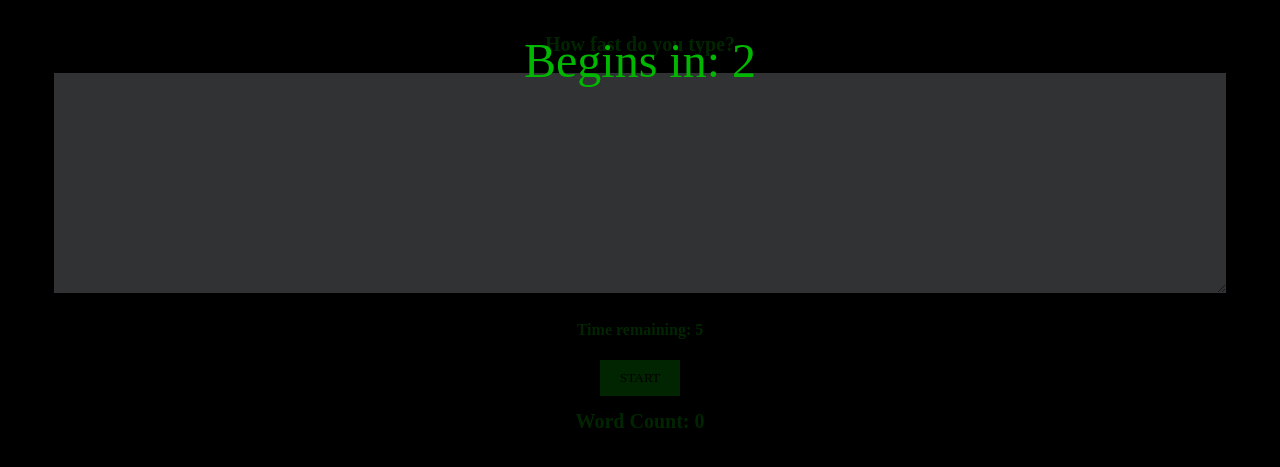
Repository: Lakshyyaa/Speed-Test
Page: /, after clicking the first element matching `button`
The author's editor kept a copy of each file at every save. The page is drawn from the files as they stood at one save, then again after a run of saves.
The browser window is 1280 px wide. The pictures show the whole page.
The page's requests for data from a server got no answer. The project was rebuilt for these pictures with package versions that can differ from the ones it lists, and the page was loaded fresh each time. No one was signed in, and anything a server would have sent is missing. Also part of the build but not shown: src/Logic.js.

Above is the page before, as saved 2023-04-05 15:45:56.

### src/index.js
import React from 'react';
import ReactDOM from 'react-dom/client';
import App from './App';
import reportWebVitals from './reportWebVitals';
import styles from './styles.css'
const root = ReactDOM.createRoot(document.getElementById('root'));
root.render(
  //<React.StrictMode>
    <App />
  //</React.StrictMode>
);
reportWebVitals();

### src/App.js
// correct its css for speed tester
import React, { useState, useEffect, useRef, useContext } from "react";
import Logic from "./Logic";
function App(props) {
  const { handleChange, text, start, areaRef, time, handleStart, count } = Logic()
  const [timerText, setTimerText] = useState(5)
  const [words, setWords]=useState([])
  const countdowndiv = useRef(null)
  const maindiv = useRef(null)
  const countdown = () => {
    countdowndiv.current.style.display = 'block'
    maindiv.current.style.opacity = '0.2'
    timerLoop(5)
  }
  useEffect(() => {
    fetch('https://random-word-api.herokuapp.com/word?number=10')
      .then(x => x.json())
      .then(y => console.log(y))
  },[words])
  function timerLoop(i) {
    if (i > 0) {
      setTimerText(i)
      setTimeout(() => {
        i--
        timerLoop(i)
      }, 1000)
    }
    else if (i === 0) {
      handleStart();
      countdowndiv.current.style.display = 'none'
      maindiv.current.style.opacity = '1'
    }
  }
  return (
    <div>
      <div className="countdown" ref={countdowndiv}>
        Begins in: {timerText}
      </div>
      <div ref={maindiv}>
        <h1>How fast do you type?</h1>
        <textarea
          onChange={handleChange}
          value={text}
          disabled={!start}
          ref={areaRef}

        />
        <h4>Time remaining: {time}</h4>
        <button onClick={() => countdown()} disabled={start}>Start</button>
        {/* cant directly call the wordCount here like handleChange because event listener automatically passes the e */}
        <h1>Word Count: {count}</h1>
      </div>
    </div>
  )
}
export default App;

### src/styles.css
html,
body {
    background: black;
    color: #00b800;
    margin: 0;
    padding: 0;
    padding-top: 10px;
    text-align: center;
    font-family: 'Press Start 2P', cursive;
}

.countdown {
    z-index: 20;
    position: fixed;
    /* top: 50%;
    left: 50%;
    transform: translate(-50%, -50%); */
    font-size: 3rem;
    display: none;
    height: 100%;
    width: 100%;
}

body {
    font-weight: 400;
}

button {
    font-family: 'Press Start 2P', cursive;
    display: block;
    margin: 0 auto;
    border: none;
    background: #a80020;
    background: #00b800;
    padding: 10px 20px;
    text-transform: uppercase;
}

h1 {
    font-size: 20px;
}

textarea {
    font-family: 'Press Start 2P', cursive;
    border: 3px solid black;
    width: 90%;
    margin: 0 auto;
    outline: none;
    height: 200px;
    background: #00b800;
    padding: 10px;
}

button:disabled {
    background-color: aliceblue;
}

textarea:disabled {
    background-color: aliceblue;
}

Loaded but not shown: src/reportWebVitals.js (common file)

After the next 3 saves:
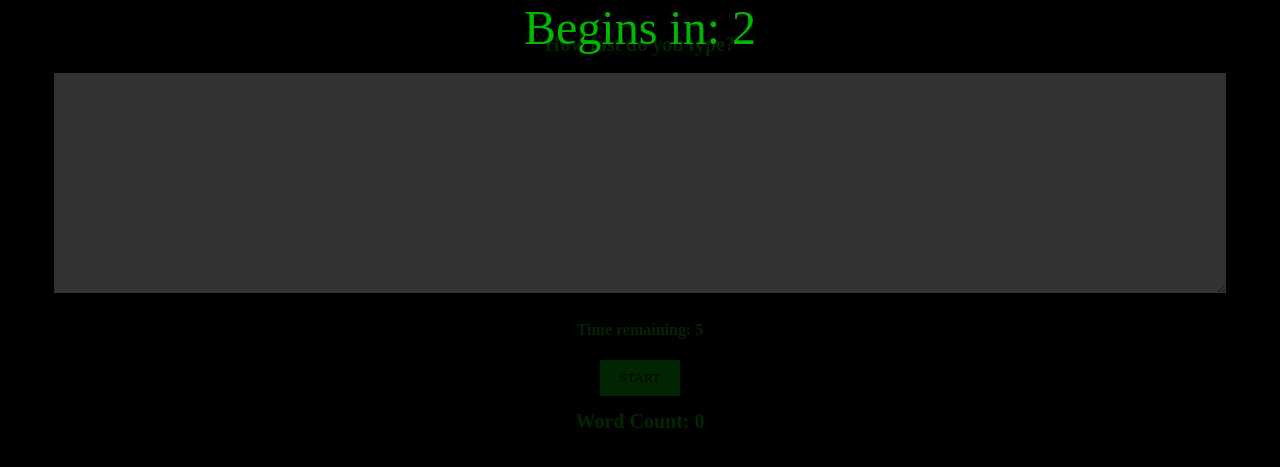
The 3 saves are shown as one change because they came seconds apart.
The last was saved 10 s later.
--- a/src/styles.css
+++ b/src/styles.css
@@ -12,9 +12,9 @@ body {
 .countdown {
     z-index: 20;
     position: fixed;
-    /* top: 50%;
+    top: 50%;
     left: 50%;
-    transform: translate(-50%, -50%); */
+    transform: translate(-50%, -50%);
     font-size: 3rem;
     display: none;
     height: 100%;
